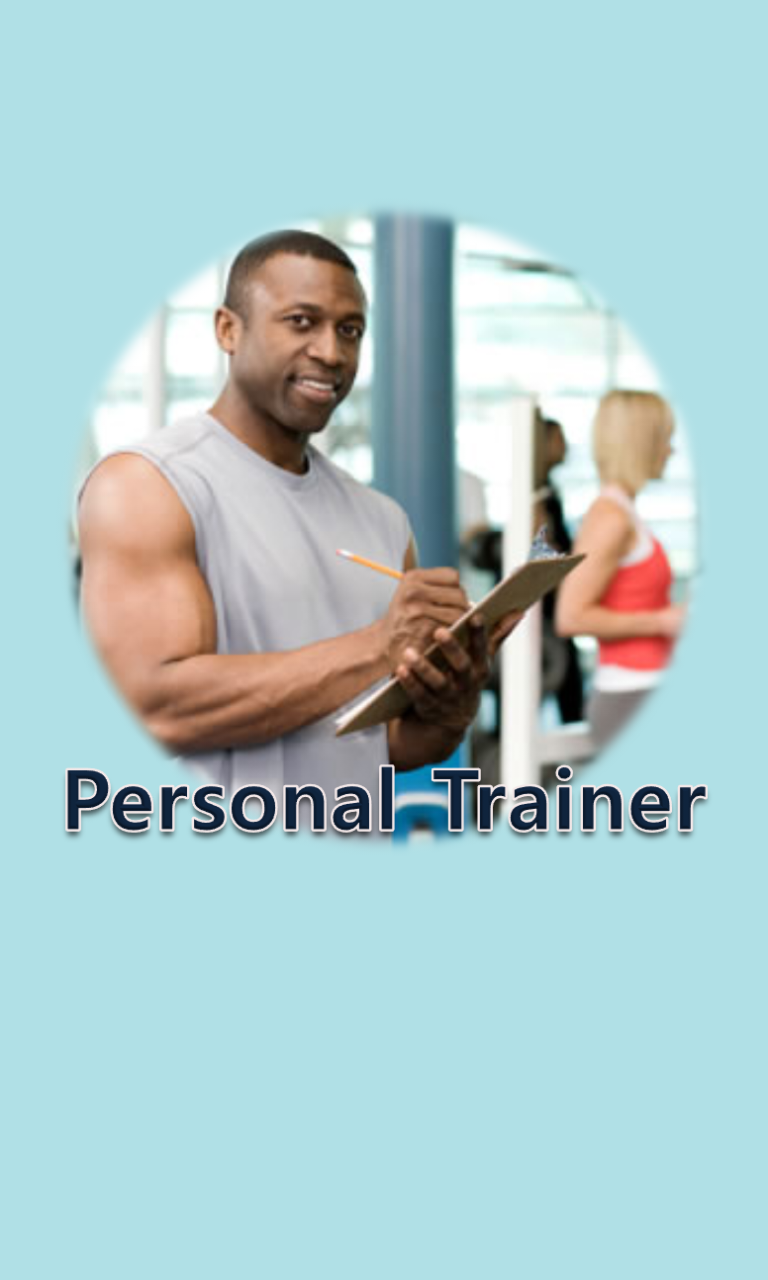
Repository: LewisLim579/2013TeamProject
Layout: PtsApp/res/layout/loading.xml
The author's editor kept a copy of each file at every save. The layout is drawn from the files as they stood at one save, then again after the next save.
It is drawn on a 768 x 1280 px phone screen (xhdpi) without system bars, with theme AppTheme; the app's code is not run.

Above is the layout before, as saved 2013-05-21 16:26:40.

### PtsApp/res/layout/loading.xml
<RelativeLayout xmlns:android="http://schemas.android.com/apk/res/android"
    android:layout_width="fill_parent"
    android:layout_height="fill_parent"
    android:background="#B0e0e6"
    android:orientation="vertical"
     >

    <ImageView
        android:id="@+id/imageView2"
        android:layout_width="wrap_content"
        android:layout_height="530dp"
        android:layout_alignParentLeft="true"
        android:layout_alignParentTop="true"
        android:src="@drawable/main" />

</RelativeLayout>

Loaded but not shown: PtsApp/res/values/styles.xml (common file); PtsApp/res/values-v11/styles.xml (common file); PtsApp/res/values-v14/styles.xml (common file)

After the next save:
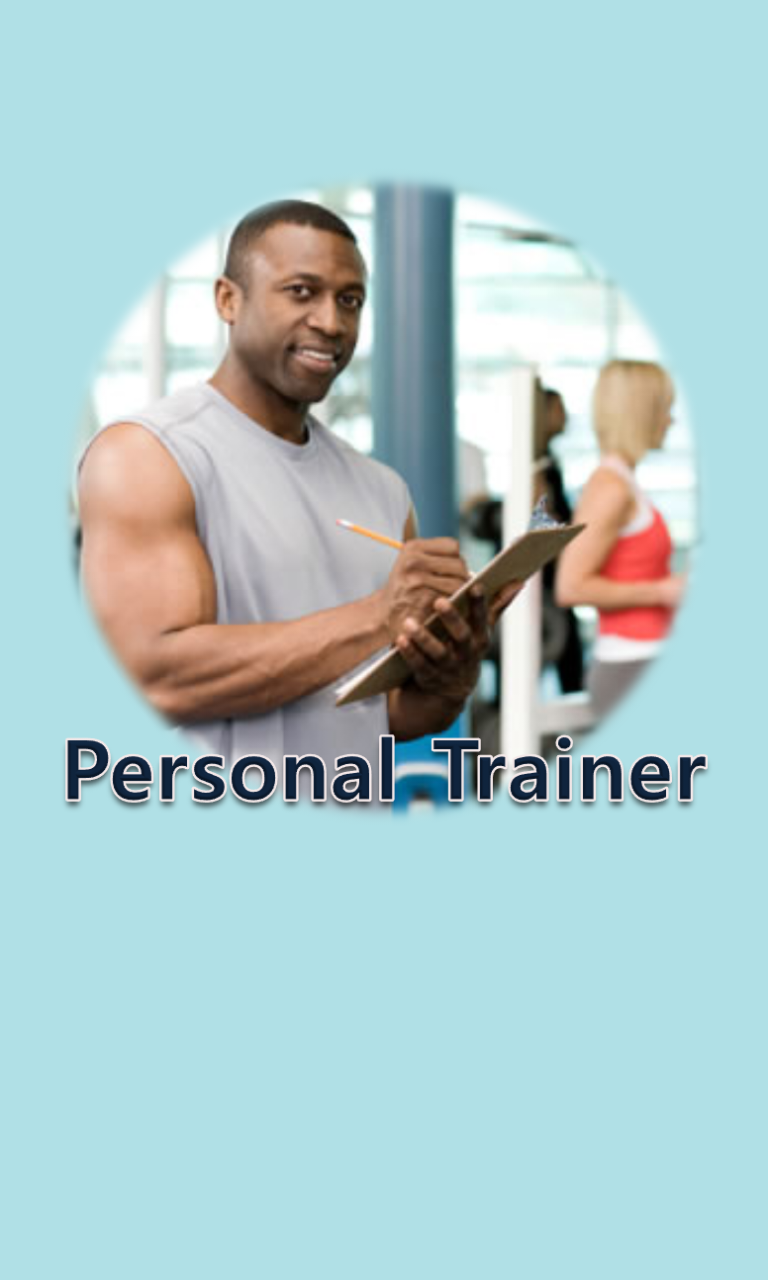
Saved 10 s later.
--- a/PtsApp/res/layout/loading.xml
+++ b/PtsApp/res/layout/loading.xml
@@ -8,7 +8,7 @@
     <ImageView
         android:id="@+id/imageView2"
         android:layout_width="wrap_content"
-        android:layout_height="530dp"
+        android:layout_height="500dp"
         android:layout_alignParentLeft="true"
         android:layout_alignParentTop="true"
         android:src="@drawable/main" />
